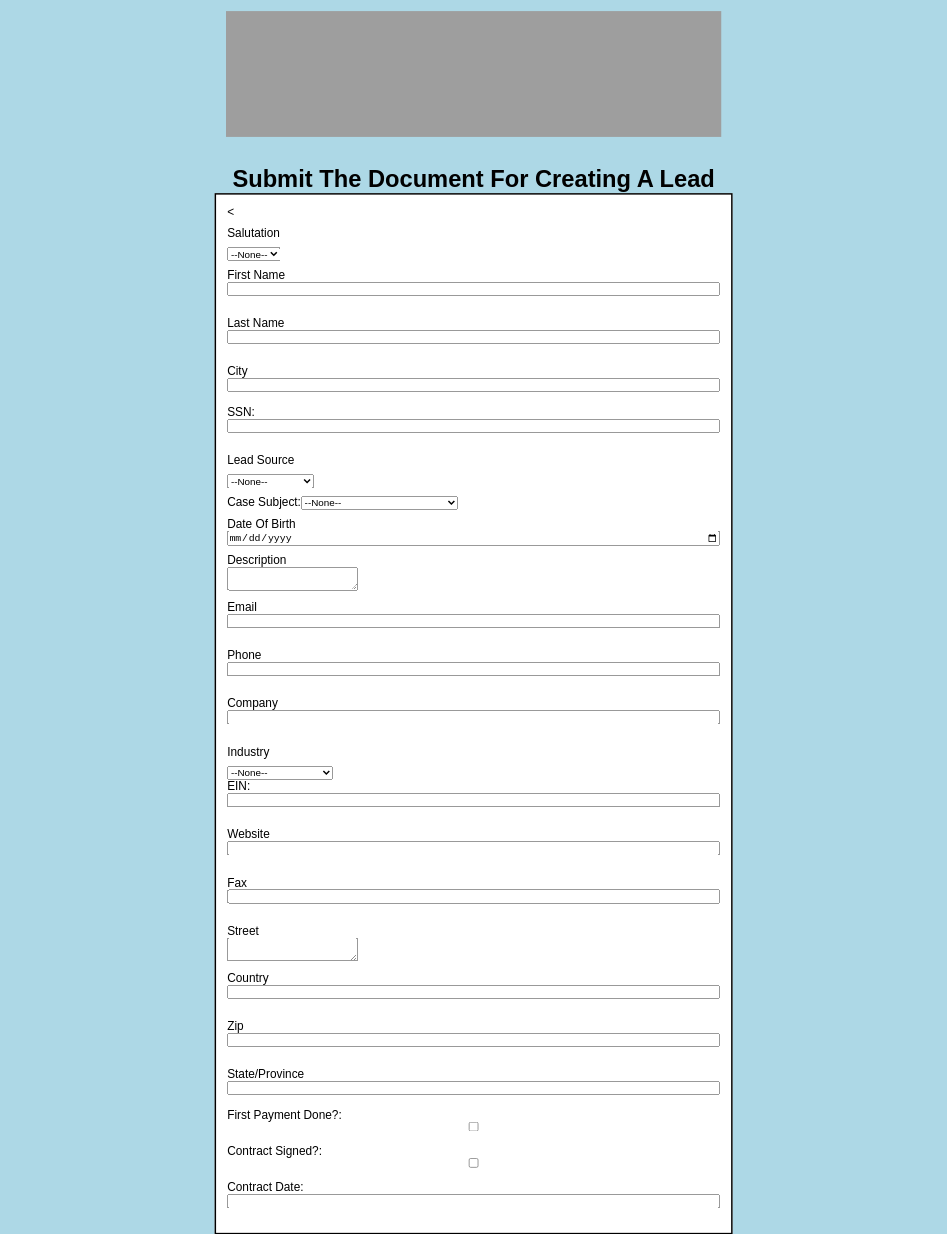
Repository: yaseminvural99/changeForce
Page: index.html
An editor plug-in stored every save of this project. The page is shown before and after the next save, followed by the edit.
The browser window is 1280 px wide. The pictures show the whole page, at 74% of full size.
Pictures or frames that could not be fetched are drawn as grey boxes.

Above is the page before, as saved 2024-04-27 17:57:38.

### index.html
<!DOCTYPE html>
<!--How to Save ScreenShots as JPG on Mac-->
<!--https://www.youtube.com/watch?v=o4CYzVg10yg-->

<html lang="en">
<head>
    <meta charset="UTF-8">
    <meta name="'viewport" content="width=device-width, initial-scale=1.0">
    <title>Document</title>
    <link rel="stylesheet" href="style.css">
    <script>

    </script>
</head>
<body>
    <div class="banner">
        <img src="https://t3.ftcdn.net/jpg/05/75/22/58/360_F_575225818_PQ2ZPHFw51yCcmieutB5bT843nPAPzo3.jpg" alt="Banner Image">
    </div>
    <h1>Submit The Document For Creating A Lead</h1>

<META HTTP-EQUIV="Content-type" CONTENT="text/html; charset=UTF-8">


    <form action="https://test.salesforce.com/servlet/servlet.WebToLead?encoding=UTF-8&orgId=00DU8000000LYuv" onsubmit="beforeSubmit()"  onsubmit="beforeSubmit2()" method="POST">

    <input type=hidden name="oid" value="00DU8000000LYuv">
    <input type=hidden name="retURL" value="http://">
    <input type="hidden" name="Date_of_Birth__c" id="Date_of_Birth__c">
    <<input type="hidden" name="Contract_Date__c" id="Contract_Date__c">


    <label for="salutation">Salutation</label><select  id="salutation" name="salutation"><option value="">--None--</option><option value="Mr.">Mr.</option>
    <option value="Ms.">Ms.</option>
    <option value="Mrs.">Mrs.</option>
    <option value="Dr.">Dr.</option>
    <option value="Prof.">Prof.</option>
    <option value="Mx.">Mx.</option>
    </select><br>

    <label for="first_name">First Name</label><input required id="first_name"  name="first_name" size="20" type="text" /><br>

    <label for="last_name">Last Name</label><input  required id="last_name"  name="last_name" size="20" type="text" /><br>

    <label for="city">City</label><input  required  id="city" name="city" size="20" type="text" /><br>

    SSN:<input  id="00NU8000000K5Zp"  name="00NU8000000K5Zp" size="20" type="text" /><br>

    <label for="lead_source">Lead Source</label><select  id="lead_source" name="lead_source"><option value="">--None--</option><option value="Web">Web</option>
    <option value="Phone Inquiry">Phone Inquiry</option>
    <option value="Partner Referral">Partner Referral</option>
    <option value="Purchased List">Purchased List</option>
    <option value="Other">Other</option>
    </select><br>

    Case Subject:<select  id="00NU8000000K5Wb" name="00NU8000000K5Wb" title="Case Subject"><option value="">--None--</option><option value="Affirmative Asylum">Affirmative Asylum</option>
    <option value="AOS Through Asylum">AOS Through Asylum</option>
    <option value="AOS Through Lottery">AOS Through Lottery</option>
    <option value="AOS Through Marriage">AOS Through Marriage</option>
    <option value="Change of Status (B2-F1/J1-F1)">Change of Status (B2-F1/J1-F1)</option>
    <option value="Company Formation">Company Formation</option>
    <option value="Consular Processing (Marriage)">Consular Processing (Marriage)</option>
    <option value="Defensive Asylum (!Non-NTA)">Defensive Asylum (!Non-NTA)</option>
    <option value="Defensive Asylum (Non-NTA)">Defensive Asylum (Non-NTA)</option>
    <option value="Defensive Asylum (NTA)">Defensive Asylum (NTA)</option>
    <option value="E-2 (Change of status)">E-2 (Change of status)</option>
    <option value="E-2 visa">E-2 visa</option>
    <option value="General Immigration">General Immigration</option>
    <option value="I-130 (Marriage)">I-130 (Marriage)</option>
    <option value="I-601A Waiver">I-601A Waiver</option>
    <option value="I-730 (Asylee Relative Petition)">I-730 (Asylee Relative Petition)</option>
    <option value="I-751 (Removing Conditions)">I-751 (Removing Conditions)</option>
    <option value="I-765">I-765</option>
    <option value="J-1 2 Year Rule Waiver">J-1 2 Year Rule Waiver</option>
    <option value="K-1 visa">K-1 visa</option>
    <option value="Mandamus">Mandamus</option>
    <option value="Naturalization">Naturalization</option>
    <option value="Personal Injury">Personal Injury</option>
    <option value="Uncontested Divorce">Uncontested Divorce</option>
    <option value="U visa">U visa</option>
    <option value="VAWA">VAWA</option>
    </select><br>

    <!--Date of Birth:<span class="dateInput dateOnlyInput"><input  id="00NU8000000K5bR" name="00NU8000000K5bR" size="12" type="text" /></span><br>-->
    <label for="Date_of_Birth__c"></label>Date Of Birth<input type="date" id="Date_of_Birth__c"/>
    <label for="description">Description</label><textarea name="description"></textarea><br>

    <label for="email">Email</label><input required id="email"  name="email" size="20" type="text" /><br>

    <label for="phone">Phone</label><input  id="phone" name="phone" size="20" type="text" /><br>

    <label for="company">Company</label><input  id="company" name="company" size="20" type="text" /><br>

    <label for="industry">Industry</label><select  id="industry" name="industry"><option value="">--None--</option><option value="Agriculture">Agriculture</option>
    <option value="Apparel">Apparel</option>
    <option value="Banking">Banking</option>
    <option value="Biotechnology">Biotechnology</option>
    <option value="Chemicals">Chemicals</option>
    <option value="Communications">Communications</option>
    <option value="Construction">Construction</option>
    <option value="Consulting">Consulting</option>
    <option value="Education">Education</option>
    <option value="Electronics">Electronics</option>
    <option value="Energy">Energy</option>
    <option value="Engineering">Engineering</option>
    <option value="Entertainment">Entertainment</option>
    <option value="Environmental">Environmental</option>
    <option value="Finance">Finance</option>
    <option value="Food &amp; Beverage">Food &amp; Beverage</option>
    <option value="Government">Government</option>
    <option value="Healthcare">Healthcare</option>
    <option value="Hospitality">Hospitality</option>
    <option value="Insurance">Insurance</option>
    <option value="Machinery">Machinery</option>
    <option value="Manufacturing">Manufacturing</option>
    <option value="Media">Media</option>
    <option value="Not For Profit">Not For Profit</option>
    <option value="Recreation">Recreation</option>
    <option value="Retail">Retail</option>
    <option value="Shipping">Shipping</option>
    <option value="Technology">Technology</option>
    <option value="Telecommunications">Telecommunications</option>
    <option value="Transportation">Transportation</option>
    <option value="Utilities">Utilities</option>
    <option value="Other">Other</option>
    </select><br>

    EIN:<input  id="00NU8000000K5YD"  name="00NU8000000K5YD" size="20" type="text" /><br>

    <label for="url">Website</label><input  id="url" name="url" size="20" type="text" /><br>

    <label for="fax">Fax</label><input  id="fax" name="fax" size="20" type="text" /><br>

    <label for="street">Street</label><textarea name="street"></textarea><br>

    <label for="country">Country</label><input  id="country"  name="country" size="20" type="text" /><br>

    <label for="zip">Zip</label><input  id="zip"name="zip" size="20" type="text" /><br>

    <label for="state">State/Province</label><input  id="state"  name="state" size="20" type="text" /><br>

    First Payment Done?:<input  id="00NU8000000K5d3" name="00NU8000000K5d3" type="checkbox" value="1" /><br>

    Contract Signed?:<input  id="00NU8000000K5gH" name="00NU8000000K5gH" type="checkbox" value="1" /><br>

    Contract Date:<span class="dateInput dateOnlyInput"><input  id="00NU8000000K5ef" name="00NU8000000K5ef" size="12" type="text" /></span><br>
    <!--<label for="Contract_Date__c"></label>Contract Date<input type="date" id="Contract_Date__c"/> <br>

    <input type="submit" name="submit">

    </form>
</body>
</html>

### style.css
*{
    margin: 0;
    padding: 0;
    box-sizing: border-box;
}
body {
    background-color: #add8e6; /* Light blue */
    font-family: Arial, sans-serif;
}
h1{
    text-align: center;
    margin-top: 20px;
}
label, input{
    display: block;

}
label{
    margin-top: 10px;
}
input{
    width: 100%;
}
form{
    min-width: 500px;
    max-width: 700px;
    margin: 0 auto;
    border: 2px solid black;
    padding: 15px;
    background-color: #ffffff;
}
select{
    margin-top: 10px;

}
option{
    margin-top: 10px;


}
input[type="submit"]{
    margin: 15px auto 0 auto;
    width: 40%;


}
.banner {
    text-align: center;
    margin-bottom: 20px;
}

.banner img {
    width: 700px;
    height:200px;
    object-fit:fill;
    padding: 15px;
}

After the next save:
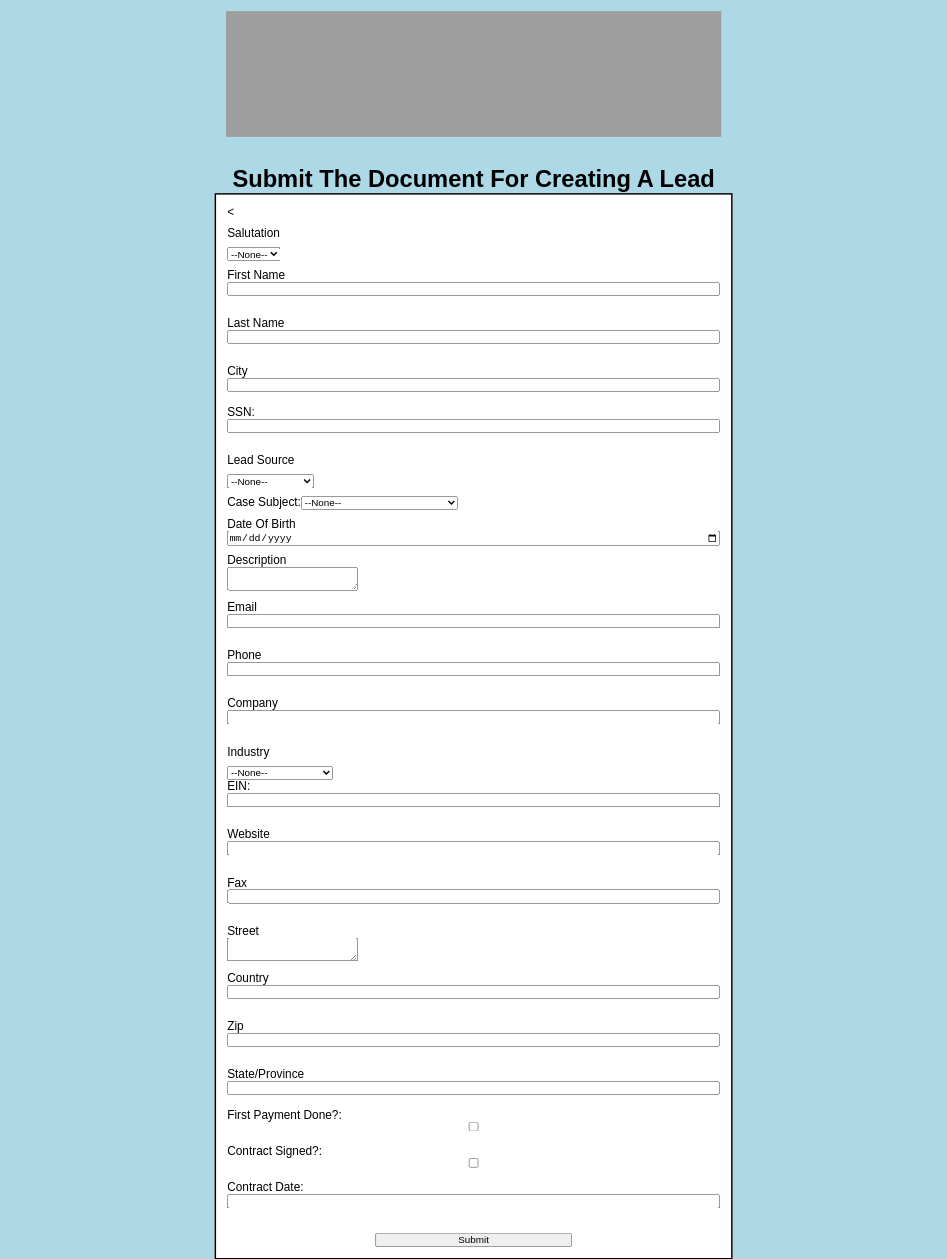
Saved 5 s later.
--- a/index.html
+++ b/index.html
@@ -143,7 +143,7 @@
     Contract Signed?:<input  id="00NU8000000K5gH" name="00NU8000000K5gH" type="checkbox" value="1" /><br>
 
     Contract Date:<span class="dateInput dateOnlyInput"><input  id="00NU8000000K5ef" name="00NU8000000K5ef" size="12" type="text" /></span><br>
-    <!--<label for="Contract_Date__c"></label>Contract Date<input type="date" id="Contract_Date__c"/> <br>
+    <!--<label for="Contract_Date__c"></label>Contract Date<input type="date" id="Contract_Date__c"/> <br>-->
 
     <input type="submit" name="submit">
 
